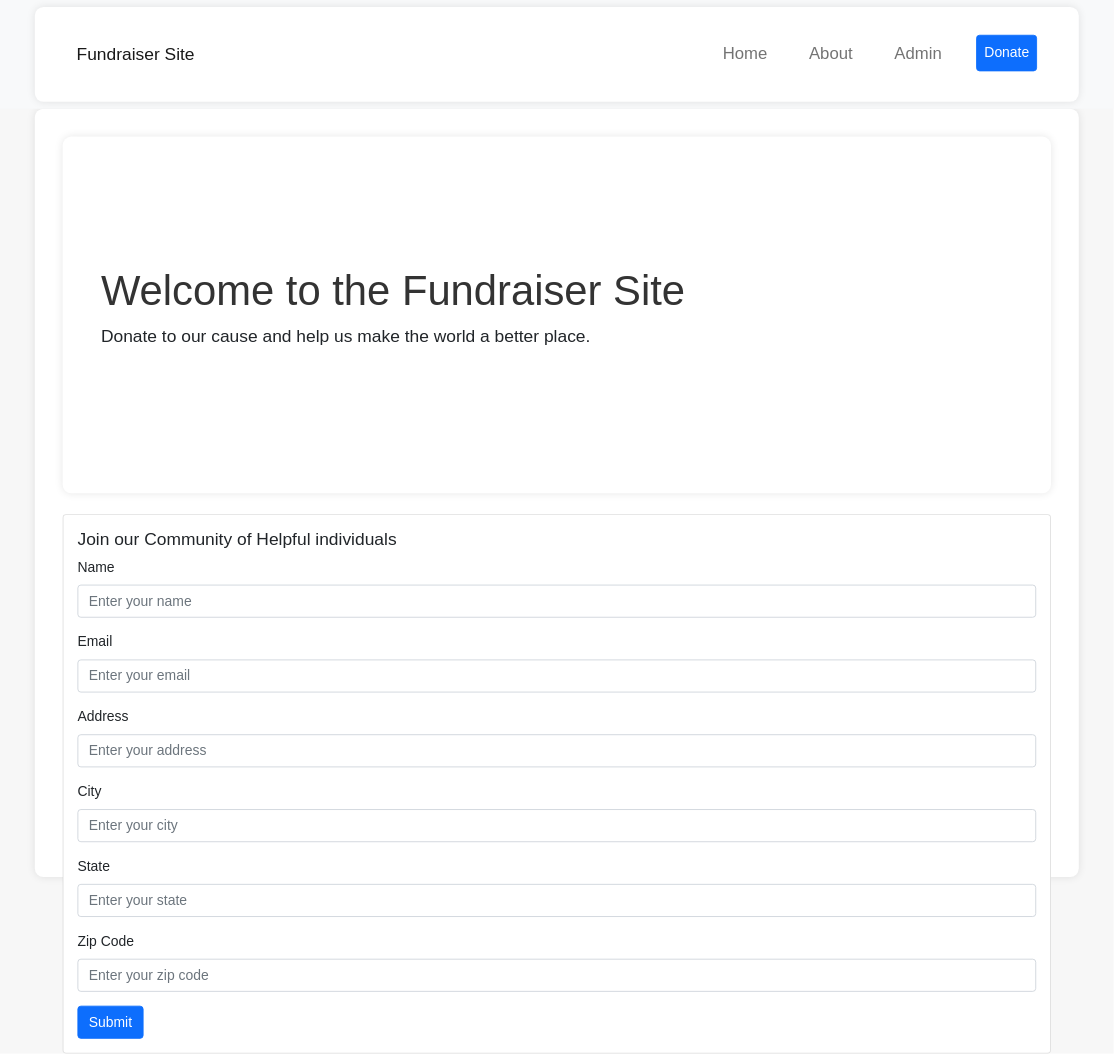
Repository: DragonFruit8/Fundraiser-Page
Page: /
These files come from the project's save history. The page is drawn as it stood at one moment and after the next save; the edit follows.
The browser window is 1280 px wide. The pictures show the whole page, at 87% of full size.
The project was rebuilt for these pictures with package versions that can differ from the ones it lists, and the page was loaded fresh each time. Also part of the build but not shown: src/pages/About.js, src/pages/Donate.js, src/pages/Admin.js.

Above is the page before, as saved 2024-07-19 13:02:32.

### public/index.html
<!DOCTYPE html>
<html lang="en">
  <head>
    <meta charset="utf-8" />
    <link rel="icon" href="%PUBLIC_URL%/favicon.ico" />
    <meta name="viewport" content="width=device-width, initial-scale=1" />
    <meta name="theme-color" content="#000000" />
    <meta
      name="description"
      content="Web site created using create-react-app"
    />
    <link rel="apple-touch-icon" href="%PUBLIC_URL%/logo192.png" />
    <link
      href="https://cdn.jsdelivr.net/npm/bootstrap@5.0.2/dist/css/bootstrap.min.css"
      rel="stylesheet"
      integrity="sha384-EVSTQN3/azprG1Anm3QDgpJLIm9Nao0Yz1ztcQTwFspd3yD65VohhpuuCOmLASjC"
      crossorigin="anonymous"
    />
    <!--
      manifest.json provides metadata used when your web app is installed on a
      user's mobile device or desktop. See https://developers.google.com/web/fundamentals/web-app-manifest/
    -->
    <link rel="manifest" href="%PUBLIC_URL%/manifest.json" />
    <!--
      Notice the use of %PUBLIC_URL% in the tags above.
      It will be replaced with the URL of the `public` folder during the build.
      Only files inside the `public` folder can be referenced from the HTML.

      Unlike "/favicon.ico" or "favicon.ico", "%PUBLIC_URL%/favicon.ico" will
      work correctly both with client-side routing and a non-root public URL.
      Learn how to configure a non-root public URL by running `npm run build`.
    -->
    <title>React App</title>
  </head>
  <body>
    <noscript>You need to enable JavaScript to run this app.</noscript>
    <div id="root"></div>
    <!--
      This HTML file is a template.
      If you open it directly in the browser, you will see an empty page.

      You can add webfonts, meta tags, or analytics to this file.
      The build step will place the bundled scripts into the <body> tag.

      To begin the development, run `npm start` or `yarn start`.
      To create a production bundle, use `npm run build` or `yarn build`.
    -->
    <script
      src="https://cdn.jsdelivr.net/npm/bootstrap@5.0.2/dist/js/bootstrap.bundle.min.js"
      integrity="sha384-MrcW6ZMFYlzcLA8Nl+NtUVF0sA7MsXsP1UyJoMp4YLEuNSfAP+JcXn/tWtIaxVXM"
      crossorigin="anonymous"
    ></script>
    <script
      src="https://cdn.jsdelivr.net/npm/@popperjs/core@2.9.2/dist/umd/popper.min.js"
      integrity="sha384-IQsoLXl5PILFhosVNubq5LC7Qb9DXgDA9i+tQ8Zj3iwWAwPtgFTxbJ8NT4GN1R8p"
      crossorigin="anonymous"
    ></script>
    <script
      src="https://cdn.jsdelivr.net/npm/bootstrap@5.0.2/dist/js/bootstrap.min.js"
      integrity="sha384-cVKIPhGWiC2Al4u+LWgxfKTRIcfu0JTxR+EQDz/bgldoEyl4H0zUF0QKbrJ0EcQF"
      crossorigin="anonymous"
    ></script>
  </body>
</html>

### src/App.js
import React from 'react';
import { BrowserRouter as Router, Route, Routes, Link } from 'react-router-dom';
import Home from './pages/HomeContainer';
import About from './pages/About';
import Donate from './pages/Donate';
import Admin from './pages/Admin';
import GlobalStyle from './globalStyles';
import Navbar from './components/Navbar';

const App = () => {
  return (
    <Router>
      <GlobalStyle />
        <Navbar />
      <Routes>
          <Route exact path="/" element={<Home />} />
          <Route path="/about" element={<About />} />
          <Route path="/donate" element={<Donate />} />
          <Route path="/admin" element={<Admin />} />
      </Routes>
    </Router>
  );
};

export default App;

### src/pages/HomeContainer.js

import React, { useState } from 'react';


const HomeContainer = () => {
    const [residentialInfo, setResidentialInfo] = useState({
        address: '',
        city: '',
        state: '',
        zipCode: ''
    });

    const handleChange = (e) => {
        setResidentialInfo({
            ...residentialInfo,
            [e.target.name]: e.target.value
        });
    };

    const handleSubmit = (e) => {
        e.preventDefault();
        // Send residentialInfo to the association for neighbors
        console.log(residentialInfo);
        // Reset the form
        setResidentialInfo({
            address: '',
            city: '',
            state: '',
            zipCode: ''
        });
    };

    return (
        <section className="container">
            <div className="row justify-content-center">
                <div className="-md-8">
                    <div className="d-flex container row h-50 justify-content-center align-items-center">
                        <div className="col">
                            <h1 className="display-5">Welcome to the Fundraiser Site</h1>
                            <p className="lead">Donate to our cause and help us make the world a better place.</p>
                        </div>
                    </div>
                    <div className="card mt-4">
                        <div className="card-body">
                            <h5 className="card-title">Join our Community of Helpful individuals</h5>
                            <form onSubmit={handleSubmit}>
                                <div className="mb-3">
                                    <label htmlFor="name" className="form-label">Name</label>
                                    <input type="text" className="form-control" id="name" placeholder="Enter your name" />
                                </div>
                                <div className="mb-3">
                                    <label htmlFor="email" className="form-label">Email</label>
                                    <input type="email" className="form-control" id="email" placeholder="Enter your email" />
                                </div>
                                <div className="mb-3">
                                    <label htmlFor="address" className="form-label">Address</label>
                                    <input type="text" className="form-control" id="address" name="address" value={residentialInfo.address} onChange={handleChange} placeholder="Enter your address" />
                                </div>
                                <div className="mb-3">
                                    <label htmlFor="city" className="form-label">City</label>
                                    <input type="text" className="form-control" id="city" name="city" value={residentialInfo.city} onChange={handleChange} placeholder="Enter your city" />
                                </div>
                                <div className="mb-3">
                                    <label htmlFor="state" className="form-label">State</label>
                                    <input type="text" className="form-control" id="state" name="state" value={residentialInfo.state} onChange={handleChange} placeholder="Enter your state" />
                                </div>
                                <div className="mb-3">
                                    <label htmlFor="zipCode" className="form-label">Zip Code</label>
                                    <input type="text" className="form-control" id="zipCode" name="zipCode" value={residentialInfo.zipCode} onChange={handleChange} placeholder="Enter your zip code" />
                                </div>
                                <button type="submit" className="btn btn-primary">Submit</button>
                            </form>
                        </div>
                    </div>
                </div>
            </div>
        </section>
    );
    };


export default HomeContainer;

### src/globalStyles.js
import { createGlobalStyle } from 'styled-components';

const GlobalStyle = createGlobalStyle`
  body {
    margin: 0;
    padding: 0;
    font-family: 'Arial', sans-serif;
    background-color: #f7f7f7;
  }

  nav {
    background-color: #333;
    padding: 1rem;
    display: flex;
    justify-content: center;
  }

  nav a {
    color: #fff;
    margin: 0 1rem;
    text-decoration: none;
    font-size: 1.2rem;
  }

  nav a:hover {
    text-decoration: underline;
  }

  .container {
    max-width: 1200px;
    margin: 0 auto;
    padding: 2rem;
    background-color: #fff;
    box-shadow: 0 0 10px rgba(0, 0, 0, 0.1);
    border-radius: 10px;
  }

  h1 {
    color: #333;
  }

  button {
    background-color: #007BFF;
    color: #fff;
    border: none;
    padding: 0.5rem 1rem;
    font-size: 1rem;
    border-radius: 5px;
    cursor: pointer;
  }

  button:hover {
    background-color: #0056b3;
  }

  input {
    padding: 0.5rem;
    font-size: 1rem;
    margin-right: 0.5rem;
    border-radius: 5px;
    border: 1px solid #ccc;
  }
`;

export default GlobalStyle;

### src/components/Navbar.js
import React from 'react';
import { Link } from 'react-router-dom';

const Navbar = () => {
    return (
        <nav className="navbar navbar-expand-lg navbar-light bg-light">
            <div className="container">
                <Link className="navbar-brand" to="/">Fundraiser Site</Link>
                <button className="navbar-toggler" type="button" data-bs-toggle="collapse" data-bs-target="#navbarNav" aria-controls="navbarNav" aria-expanded="false" aria-label="Toggle navigation">
                    <span className="navbar-toggler-icon"></span>
                </button>
                <div className="collapse navbar-collapse" id="navbarNav">
                    <ul className="navbar-nav ms-auto">
                        <li className="nav-item">
                            <Link className="nav-link" to="/">Home</Link>
                        </li>
                        <li className="nav-item">
                            <Link className="nav-link" to="/about">About</Link>
                        </li>
                        <li className="nav-item">
                            <Link className="nav-link" to="/admin">Admin</Link>
                        </li>
                        <li className="nav-item">
                            <Link className="nav-link btn btn-primary text-white" to="/donate">Donate</Link>
                        </li>
                    </ul>
                </div>
            </div>
        </nav>
    );
}

export default Navbar;

Loaded but not shown: src/index.js (common file); src/index.css (common file)

After the next save:
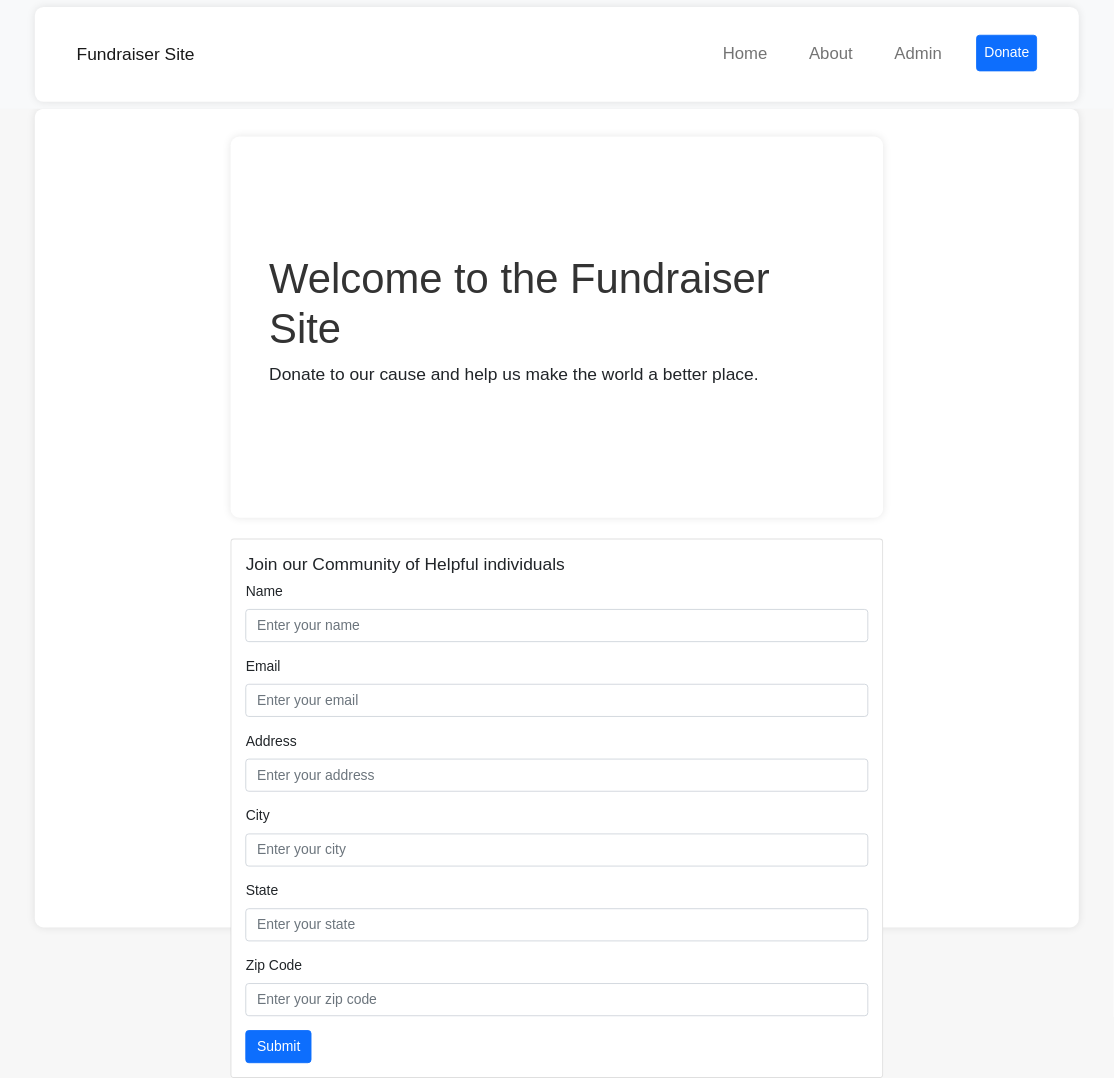
Saved 4 s later.
--- a/src/pages/HomeContainer.js
+++ b/src/pages/HomeContainer.js
@@ -33,7 +33,7 @@
     return (
         <section className="container">
             <div className="row justify-content-center">
-                <div className="-md-8">
+                <div className="col-md-8">
                     <div className="d-flex container row h-50 justify-content-center align-items-center">
                         <div className="col">
                             <h1 className="display-5">Welcome to the Fundraiser Site</h1>

After the save that followed:
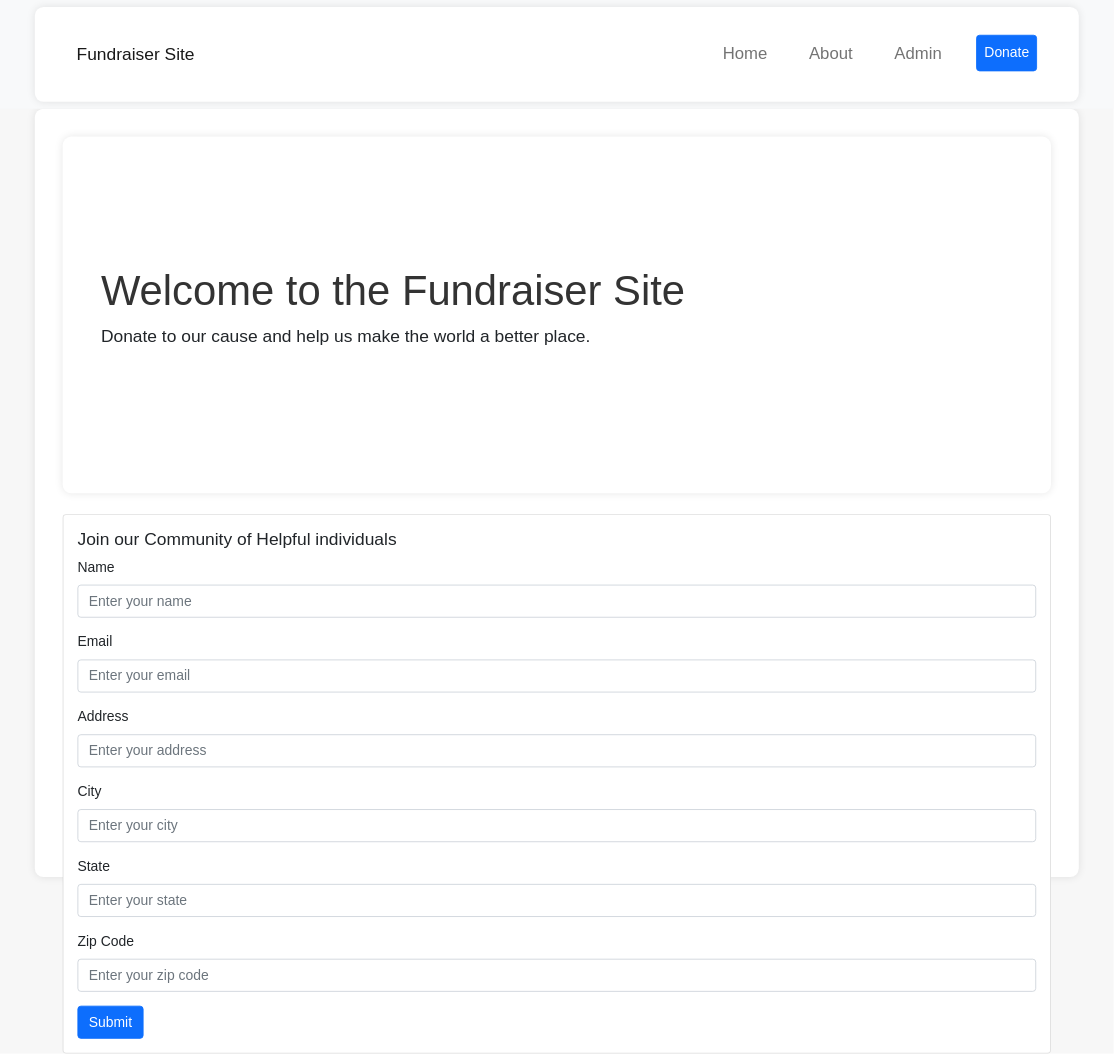
Saved 13 s later.
--- a/src/pages/HomeContainer.js
+++ b/src/pages/HomeContainer.js
@@ -33,7 +33,7 @@
     return (
         <section className="container">
             <div className="row justify-content-center">
-                <div className="col-md-8">
+                <div className="col-md-12">
                     <div className="d-flex container row h-50 justify-content-center align-items-center">
                         <div className="col">
                             <h1 className="display-5">Welcome to the Fundraiser Site</h1>
